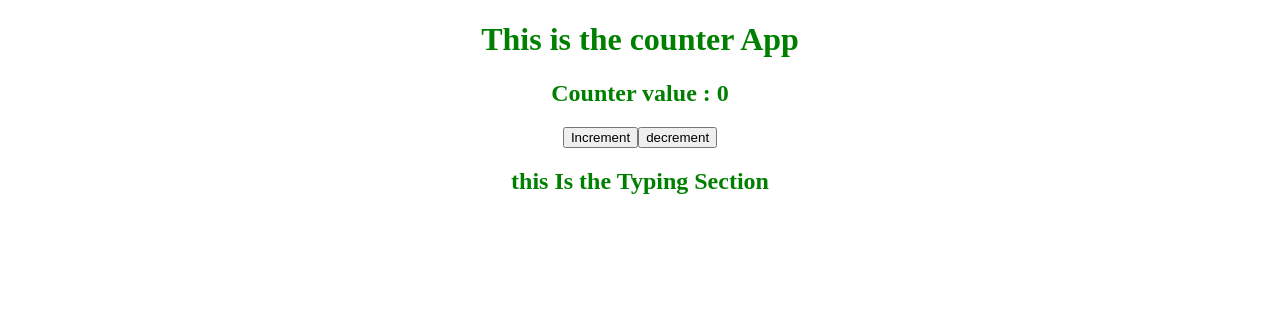
Repository: Gauravyadav678/GcounterApp
Page: / (app in gcounter/)
An editor plug-in stored every save of this project. The page is shown before and after a run of saves, followed by the edit.
The browser window is 1280 px wide. The pictures show the whole page.
The project was rebuilt for these pictures with package versions that can differ from the ones it lists, and the page was loaded fresh each time. Also part of the build but not shown: gcounter/src/index.css.

Above is the page before, as saved 2024-10-22 19:52:11.

After the next 4 saves:
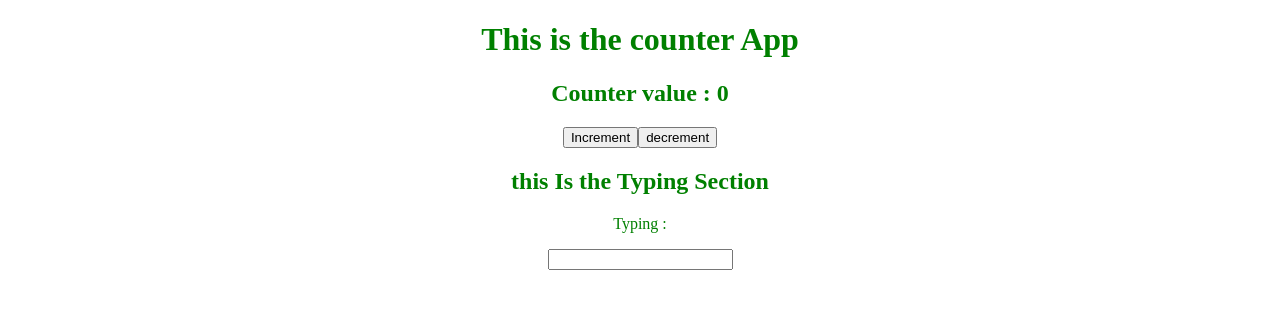
The 4 saves are shown as one change because 3 did not build or start.
The last was saved 5 min 15 s later.
--- a/gcounter/src/components/typing.js
+++ b/gcounter/src/components/typing.js
@@ -1,10 +1,17 @@
 import React , {useState} from "react";
 
 function TypingWithG () {
+
+    const [typed,setTyped]=useState('');
+
+    const typing = (event) =>{
+        setTyped(event.target.value);
+    }
     return(
         <>
         <h2> this Is the Typing Section </h2>
-
+         <p>Typing : {typed}</p>
+         <input onChange={typing} value={typed}></input>
         </>
     )
 }
